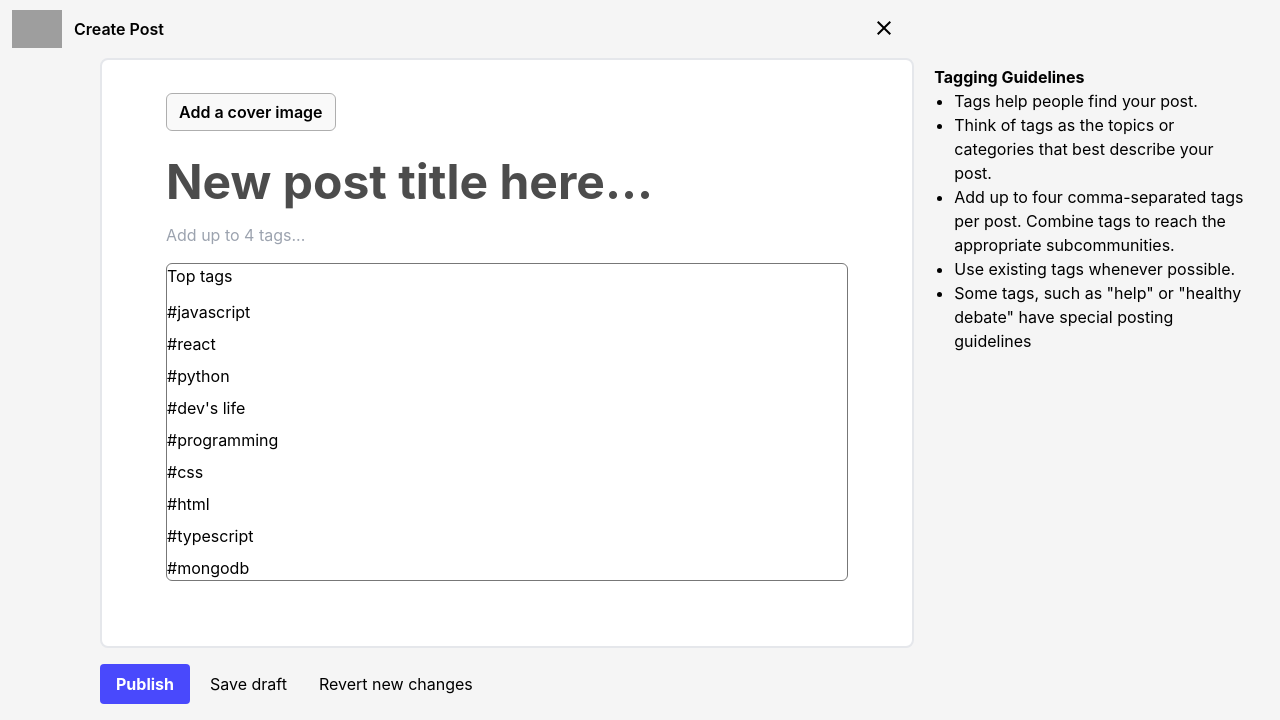
Repository: dat-nguyen-2001/Dev.to
Page: /new (app in client/)
The author's editor kept a copy of each file at every save. The page is drawn from the files as they stood at one save, then again after the next save.
The browser window is 1280 px wide. The pictures show the whole page.
Pictures or frames that could not be fetched are drawn as grey boxes. The project was rebuilt for these pictures with package versions that can differ from the ones it lists, and the page was loaded fresh each time. Also part of the build but not shown: client/src/components/Footer.tsx, client/src/components/nav/GuestNav.tsx, client/src/components/nav/NavBar.tsx, client/src/components/Layout.tsx, client/src/pages/about.tsx, client/src/components/SignInForm.tsx, client/src/components/SignInPlatform.tsx, client/src/pages/enter.tsx and 1 more.

Above is the page before, as saved 2022-09-25 11:58:53.

### client/public/index.html
<!DOCTYPE html>
<html lang="en">
  <head>
    <meta charset="utf-8" />
    <link rel="icon" href="%PUBLIC_URL%/dev.to-icon.png" />
    <meta name="viewport" content="width=device-width, initial-scale=1" />
    <meta name="theme-color" content="#000000" />
    <meta
      name="description"
      content="Web site created using create-react-app"
    />
  </head>
  <body>
    <noscript>You need to enable JavaScript to run this app.</noscript>
    <div id="root"></div>
  </body>
</html>

### client/src/index.tsx
import React from 'react';
import ReactDOM from 'react-dom/client';
import './index.css';
import App from './App';
import reportWebVitals from './reportWebVitals';

const root = ReactDOM.createRoot(
  document.getElementById('root') as HTMLElement
);
root.render(
  <React.StrictMode>
      <App />
  </React.StrictMode>
);

// If you want to start measuring performance in your app, pass a function
// to log results (for example: reportWebVitals(console.log))
// or send to an analytics endpoint. Learn more: https://bit.ly/CRA-vitals
reportWebVitals();

### client/src/index.css
@tailwind base;
@tailwind components;
@tailwind utilities;

body {
  margin: 0;
  font-family: -apple-system, BlinkMacSystemFont, 'Segoe UI', 'Roboto', 'Oxygen',
    'Ubuntu', 'Cantarell', 'Fira Sans', 'Droid Sans', 'Helvetica Neue',
    sans-serif;
  -webkit-font-smoothing: antialiased;
  -moz-osx-font-smoothing: grayscale;
  background-color: #f5f5f5;
}

code {
  font-family: source-code-pro, Menlo, Monaco, Consolas, 'Courier New',
    monospace;
}


.space-between {
  justify-content: space-between;
}

.icon {
  @apply w-9 h-9 hover:text-[blue]/70 hover:bg-[#e2e3f3] text-center cursor-pointer rounded py-1
}

/* make words between a line */

.linedWord::before, .linedWord::after {
  content: "";
  flex: 1 1;
  border-bottom : 1px solid black;
  margin: auto
}

.linedWord::before {
  margin-right: 5px
}

.linedWord::after {
  margin-left: 5px
}

.registerInput {
  @apply h-[40px] border-[1px] rounded pl-1
}

### client/src/App.tsx
import {
  BrowserRouter as Router,
  Routes,
  Route,
} from 'react-router-dom';

import AboutPage from './pages/about';
import SignIn from './pages/enter';
import HomePage from './pages/home';
import New from './pages/new';

function App() {
  return (<Router>
    <Routes>
    <Route path='/' element={< HomePage />}></Route>
      <Route path='/about' element={< AboutPage />}></Route>
      <Route path='/enter' element={< SignIn />}></Route>
      <Route path='/new' element={< New />}></Route>
    </Routes>
  </Router>

  );
}

export default App;

### client/src/pages/new.tsx
import ClearIcon from '@mui/icons-material/Clear';
import FormatListNumberedIcon from '@mui/icons-material/FormatListNumbered';
import FormatListBulletedIcon from '@mui/icons-material/FormatListBulleted';
import FormatBoldIcon from '@mui/icons-material/FormatBold';
import FormatItalicIcon from '@mui/icons-material/FormatItalic';
import ImageIcon from '@mui/icons-material/Image';
import AttachmentIcon from '@mui/icons-material/Attachment';
import MoreVertIcon from '@mui/icons-material/MoreVert';
import FormatQuoteIcon from '@mui/icons-material/FormatQuote';
import CodeIcon from '@mui/icons-material/Code';
import BoltIcon from '@mui/icons-material/Bolt';
import { useEffect, useState } from 'react';

const New = () => {

    //Handle creating new article
    const createArticle = () => {
        console.log('created!')
    }

    //Preview image uploaded by user
    const [url, setUrl] = useState<string>('')
    const handlePreviewImage = (e: any) => {
        const file = e.target.files[0];
        const url = URL.createObjectURL(file);
        setUrl(url)
    }

    //Handle tags
    const tags = ["javascript", "react", "python", "dev's life", "programming", "css", "html", "typescript", "mongodb"]

    // Resize textarea when typing
    const textarea = document.querySelector('textarea');
    const handleResize = (e: any) => {
        const area = e.target;
        area.style.height = "auto";
        area.style.height = area.scrollHeight + "px";
    }
    if (textarea !== null) {
        textarea.addEventListener('input', handleResize)
    }


    return (
        <div className='md:grid grid-cols-4 bg-[#f5f5f5] lg:grid-cols-7 2xl:pl-[100px]'>
            <div className='flex flex-col content-center h-screen col-span-3 lg:col-span-5'>
                <div className='h-[8vh] flex items-center space-between px-3'>
                    <div className='flex items-center space-x-3'>
                        <a href='/' className='hidden md:inline'>
                            <img src="https://dev-to-uploads.s3.amazonaws.com/uploads/logos/resized_logo_UQww2soKuUsjaOGNB38o.png" width={50} className="cursor-pointer" />
                        </a>
                        <p className='font-semibold'>Create Post</p>
                    </div>
                    <div className='icon'>
                        <a href='/'>
                            <ClearIcon />
                        </a>
                    </div>
                </div>
                <div className='overflow-y-auto bg-white h-[82vh] border-[2px] rounded-lg flex flex-col py-3 md:py-10 px-2 md:px-16 space-y-5 lg:ml-[100px]'>
                    <form>
                        <input type="file" name='file' id='file' onChange={handlePreviewImage} className='w-0 h-0 opacity-0 overflow-hidden absolute z-[-1] ' />
                        <label htmlFor='file' className='bg-[#f9f9f9] font-semibold px-3 py-2 cursor-pointer rounded-md border-black/30 border-[1.5px]'>Add a cover image</label>
                    </form>

                    {/* preview image */}
                    {url !== "" &&
                        <div className='flex items-center space-x-10'>
                            <img src={url} width={200} />
                            <button className='text-lg px-3 py-1 text-[red] hover:bg-[#eeeeee] rounded-md' onClick={() => setUrl('')}>Remove</button>
                        </div>}

                    <form>
                        <input placeholder='New post title here...' className='text-3xl md:text-4xl lg:text-5xl w-full h-[130%] outline-none font-bold placeholder-black/70' />
                    </form>
                    <form className='relative'>
                        <input placeholder='Add up to 4 tags...' className='w-full outline-none' />
                        <div className='z-[100] absolute top-10 flex flex-col space-y-3 bg-white w-full border-[.1em] border-solid border-[#777] rounded-md'>
                            <h2>Top tags</h2>
                            <ul className='flex flex-col space-y-2'>
                                {tags.map(tag => (
                                    <li key={tag}>#{tag}</li>
                                ))}
                            </ul>
                        </div>
                    </form>
                    <div className='bg-[#f9f9f9] w-full'>
                        <div className='flex space-between py-4 px-2 '>
                            <div className='flex space-x-3'>
                                <div className='icon'>
                                    <FormatBoldIcon />
                                </div>
                                <div className='icon'>
                                    <FormatItalicIcon />
                                </div>
                                <div className='icon hidden sm:inline'>
                                    <AttachmentIcon />
                                </div>
                                <div className='icon'>
                                    <FormatListNumberedIcon />
                                </div>
                                <div className='icon'>
                                    <FormatListBulletedIcon />
                                </div>
                                <div className='icon hidden md:inline'>
                                    <FormatQuoteIcon />
                                </div>
                                <div className='icon hidden md:inline'>
                                    <CodeIcon />
                                </div>
                                <div className='icon hidden md:inline'>
                                    <BoltIcon />
                                </div>
                                <div className='icon'>
                                    <ImageIcon />
                                </div>
                            </div>
                            <div className='icon'>
                                <MoreVertIcon />
                            </div>
                        </div>

                    </div>
                    <div className='w-full'>
                        <textarea placeholder='Write your post content here...' className='outline-none text-lg w-full' />
                    </div>
                </div>
                <div className='h-[10vh] flex items-center px-3 space-x-2 lg:ml-[100px] lg:px-0'>
                    <button className='px-4 py-2 rounded bg-[blue]/70 hover:bg-[blue] text-white font-bold text-base' onClick={createArticle}>Publish</button>
                    <button className='px-3 py-2 rounded hover:text-[blue]/70 hover:bg-[#e2e3f3]'>Save draft</button>
                    <button className='hidden sm:inline px-3 py-2 rounded hover:text-[blue]/70 hover:bg-[#e2e3f3] text-md'>Revert new changes</button>
                </div>
            </div>

            <div className='hidden md:inline col-span-1 lg:col-span-2 h-[82vh] my-auto px-2 lg:px-5 md:mr-4'>
                <h1 className='font-bold'>Tagging Guidelines</h1>
                <ul className='text-[14px] lg:text-base list-disc pl-5 '>
                    <li>Tags help people find your post.</li>
                    <li>Think of tags as the topics or categories that best describe your post.</li>
                    <li>Add up to four comma-separated tags per post. Combine tags to reach the appropriate subcommunities.</li>
                    <li>Use existing tags whenever possible.</li>
                    <li>Some tags, such as "help" or "healthy debate" have special posting guidelines</li>
                </ul>
            </div>

        </div>
    )
}

export default New

Loaded but not shown: client/src/reportWebVitals.ts (common file); client/tailwind.config.js (common file)

After the next save:
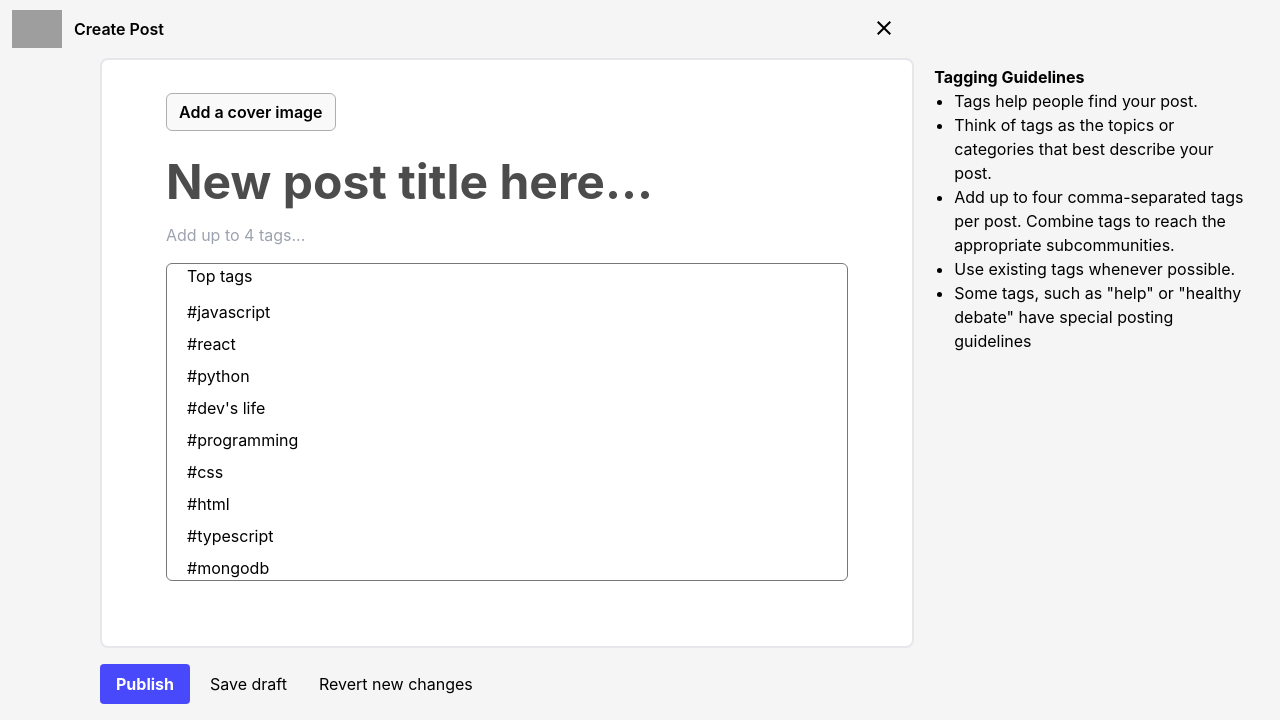
Saved 58 s later.
--- a/client/src/pages/new.tsx
+++ b/client/src/pages/new.tsx
@@ -75,7 +75,7 @@ const New = () => {
                     </form>
                     <form className='relative'>
                         <input placeholder='Add up to 4 tags...' className='w-full outline-none' />
-                        <div className='z-[100] absolute top-10 flex flex-col space-y-3 bg-white w-full border-[.1em] border-solid border-[#777] rounded-md'>
+                        <div className='z-[100] absolute top-10 flex flex-col space-y-3 px-5 bg-white w-full border-[.1em] border-solid border-[#777] rounded-md'>
                             <h2>Top tags</h2>
                             <ul className='flex flex-col space-y-2'>
                                 {tags.map(tag => (
